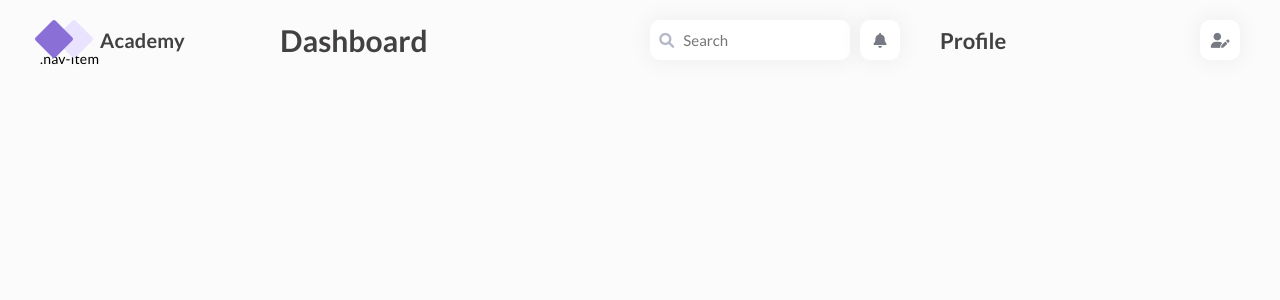
Repository: mohammadfakhrolahi/Academy
Page: index.html
An editor plug-in stored every save of this project. The page is shown before and after a run of saves, followed by the edit.
The browser window is 1280 px wide. The pictures show the whole page.
The style sheet was rebuilt from its Sass, Less or Tailwind sources for each picture, by a compiler version that may differ from the author's.

Above is the page before, as saved 2022-05-29 16:51:02.

### index.html
<!DOCTYPE html>
<html lang="en">
<head>
  <meta charset="UTF-8">
  <meta http-equiv="X-UA-Compatible" content="IE=edge">
  <meta name="viewport" content="width=device-width, initial-scale=1.0">
  <!-- Font Awesome Icons -->
  <link rel="stylesheet" href="https://cdnjs.cloudflare.com/ajax/libs/font-awesome/6.0.0/css/all.min.css"
      integrity="sha512-9usAa10IRO0HhonpyAIVpjrylPvoDwiPUiKdWk5t3PyolY1cOd4DSE0Ga+ri4AuTroPR5aQvXU9xC6qOPnzFeg=="
      crossorigin="anonymous" referrerpolicy="no-referrer"/>
  <link rel="stylesheet" href="./public/styles/main.css">
  <title>Study Web Dashboard</title>
</head>
<body>
  <header class="grid">
    <a href="/index.html8" class="logo">
      <span>Academy</span>
    </a>

    <div id="header-first-divider" class="grid">
      <h1 class="h1">Dashboard</h1>

      <form class="txt-form">
        <button class="btn-form"><i class="fa-solid fa-magnifying-glass"></i></button>
        <input type="text" class="txt-input" placeholder="Search">
      </form>

      <button class="btn-s">
        <i class="fa-solid fa-bell"></i>
      </button>
    </div>

    <div id="header-profile-divider" class="grid">
      <h2 class="h2">Profile</h2>

      <button class="btn-s">
        <i class="fa-solid fa-user-pen"></i>
      </button>
    </div>
  </header>

  <main>
    <section class="section-shared">
      <nav class="main-nav">
        <ul class="nav">
          <li class="nav-item">
            .nav-item
          </li>
        </ul>
      </nav>
    </section>
  </main>
</body>
</html>

### public/styles/main.scss
@import '../globalStyling/layout';

body {
  background: $primary-bg;
}

main {
  padding: 0 4rem;
}

.grid {
  display: grid;
}

### public/globalStyling/_layout.scss
@import './reset';
@import './colors';
@import './typography';
@import './buttons';
@import './utils';
@import '../styles/header.scss';

### public/globalStyling/_reset.scss
// Import font
@import url('https://fonts.googleapis.com/css2?family=Lato:ital,wght@0,100;0,300;0,400;0,700;0,900;1,100;1,300;1,400;1,700;1,900&display=swap');

body {
  font-family: Lato;
}

p,
span,
li {
  font-size: 1.4rem;
  letter-spacing: 0.02rem;
}

// Reset CSS

html {
  font-size: 62.5%;
  scroll-behavior: smooth;
}

*,
*::before,
*::after {
  padding: 0;
  margin: 0;
  box-sizing: border-box;
  -webkit-box-sizing: border-box;
}

body,
h1,
h2,
h3,
ul,
li,
div,
nav,
p,
img,
span,
input {
  font-weight: normal;
}

p, span {
  line-height: 1.5;
}

input {
  all: unset;
  font-size: 1.5rem;
}

a {
  text-decoration: none;
}

ul,
li {
  list-style: none;
}

img {
  max-width: 100%;
  height: auto;
}

button {
  box-sizing: border-box;
  -webkit-box-sizing: border-box;
  all: unset;
  cursor: pointer;
}

### public/globalStyling/_colors.scss
$primary-bg: #fbfbfb;
$purple: #8a70d6;
$purple-light: #e9e3ff;
$white: #ffffff;
$text-color: #424040;
$gray: #787a83;
$gray-light: #b5b8c8;
$box-shadow: 0 0 2rem 0.5rem rgba(0, 0, 0, 0.04);

### public/globalStyling/_typography.scss
.h1 {
  font-size: 3rem;
  font-weight: 600;
  color: $text-color;
}

.h2 {
  font-size: 2.2rem;
  font-weight: 600;
  color: $text-color;
}

.h3 {
  font-size: 1.8rem;
  font-weight: 500;
  color: $text-color;
}

### public/globalStyling/_buttons.scss
// Form Button
.btn-form {
  width: 4rem;
  height: 4rem;
  background: inherit;
  color: $gray-light;
  border-radius: 1rem;
  text-align: center;
  font-size: 1.5rem;
  transition: 0.2s;

  &:hover {
    color: $gray;
  }
}

.btn-s {
  width: 4rem;
  height: 4rem;
  background: $white;
  color: $gray;
  border-radius: 1rem;
  text-align: center;
  font-size: 1.5rem;
  box-shadow: $box-shadow;
  transition: 0.2s;
}

### public/globalStyling/_utils.scss
// ---- Text input ----
.txt-form {
  width: 20rem;
  height: 4rem;
  background: $white;
  border-radius: 1rem;
  box-shadow: $box-shadow;

  display: flex;
  .txt-input {
    width: 100%;
    background: inherit;
    border-radius: inherit;
    &:placeholder {
      color: $gray-light;
    }
  }
}

### public/styles/header.scss
// ---- Header ----
header {
  height: 5rem;
  grid-template-columns: 20rem 1fr 30rem;
  align-items: center;
  grid-gap: 4rem;
  padding: 2rem 4rem;
}

.logo {
  position: relative;

  &:before {
    content: "";
    width: 2.8rem;
    height: 2.8rem;
    position: absolute;
    top: 0;
    left: 0;
    transform: rotate(45deg);
    border-radius: 0.2rem;
    background: $purple;
    background-size: 800% 800%;
    z-index: 100;
  }

  &:after {
    content: "";
    width: 2.8rem;
    height: 2.8rem;
    position: absolute;
    top: 0;
    left: 2rem;
    transform: rotate(45deg);
    border-radius: 0.2rem;
    background: $purple-light;
    background-size: 800% 800%;
    z-index: 99;
  }

  span {
    color: $text-color;
    margin-left: 6rem;
    font: {
      size: 2rem;
      weight: 600;
    }
  }
}

#header-first-divider {
  grid-template-columns: 1fr auto 4rem;
  grid-gap: 1rem;
  align-items: center;
}

#header-profile-divider {
  grid-template-columns: 1fr 4rem;
  align-items: center;
}

After the next 3 saves:
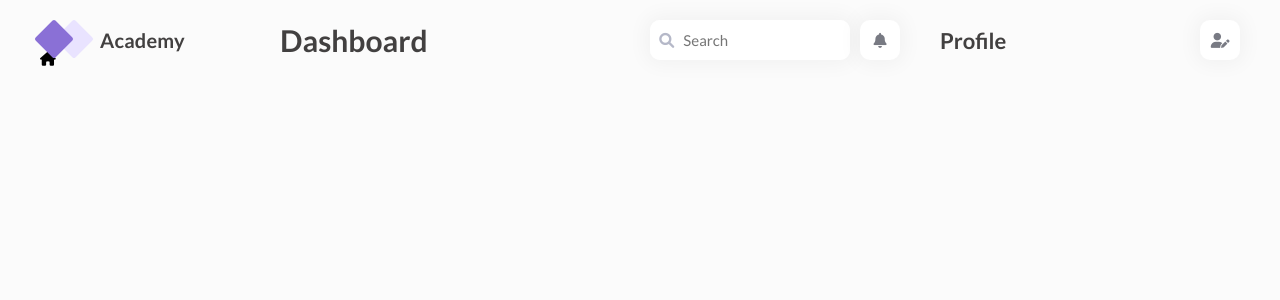
The 3 saves are shown as one change because they came seconds apart.
The last was saved 10 s later.
--- a/index.html
+++ b/index.html
@@ -44,7 +44,9 @@
       <nav class="main-nav">
         <ul class="nav">
           <li class="nav-item">
-            .nav-item
+            <div class="nav-item">
+              <i class="fa-solid fa-house"></i>
+            </div>
           </li>
         </ul>
       </nav>
